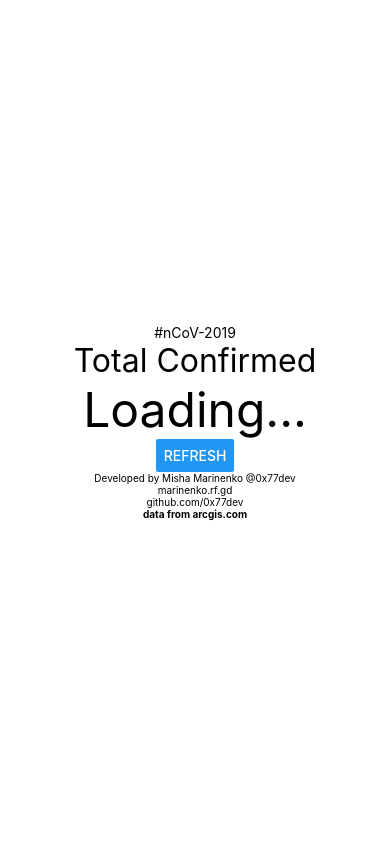
Repository: 0x77dev/coronavirus
Screen: /
These files come from the project's save history. The screen is drawn as it stood at one moment and after the next save; the edit follows.
The page's requests for data from a server got no answer. The app was drawn by React Native's web renderer in a window 390 px wide. The project was rebuilt for these pictures with package versions that can differ from the ones it lists, and the page was loaded fresh each time. No one was signed in, and anything a server would have sent is missing.

Above is the screen before, as saved 2020-03-13 18:01:53.

After the next save:
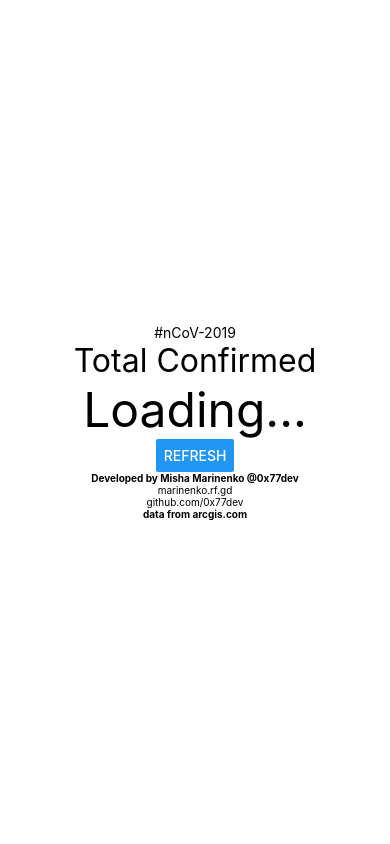
Saved 8 s later.
--- a/App.tsx
+++ b/App.tsx
@@ -19,7 +19,7 @@ export default class App extends React.Component {
         <Text />
         <Button title="Refresh" onPress={this.componentDidMount}>Refresh</Button>
         <Text />
-        <Text style={{ fontSize: 10 }}>Developed by Misha Marinenko @0x77dev</Text>
+        <Text style={{ fontSize: 10, fontWeight: "bold" }}>Developed by Misha Marinenko @0x77dev</Text>
         <Text style={{ fontSize: 10 }}>marinenko.rf.gd</Text>
         <Text style={{ fontSize: 10 }}>github.com/0x77dev</Text>
         <Text style={{ fontSize: 10, fontWeight: "bold" }}>data from arcgis.com</Text>
